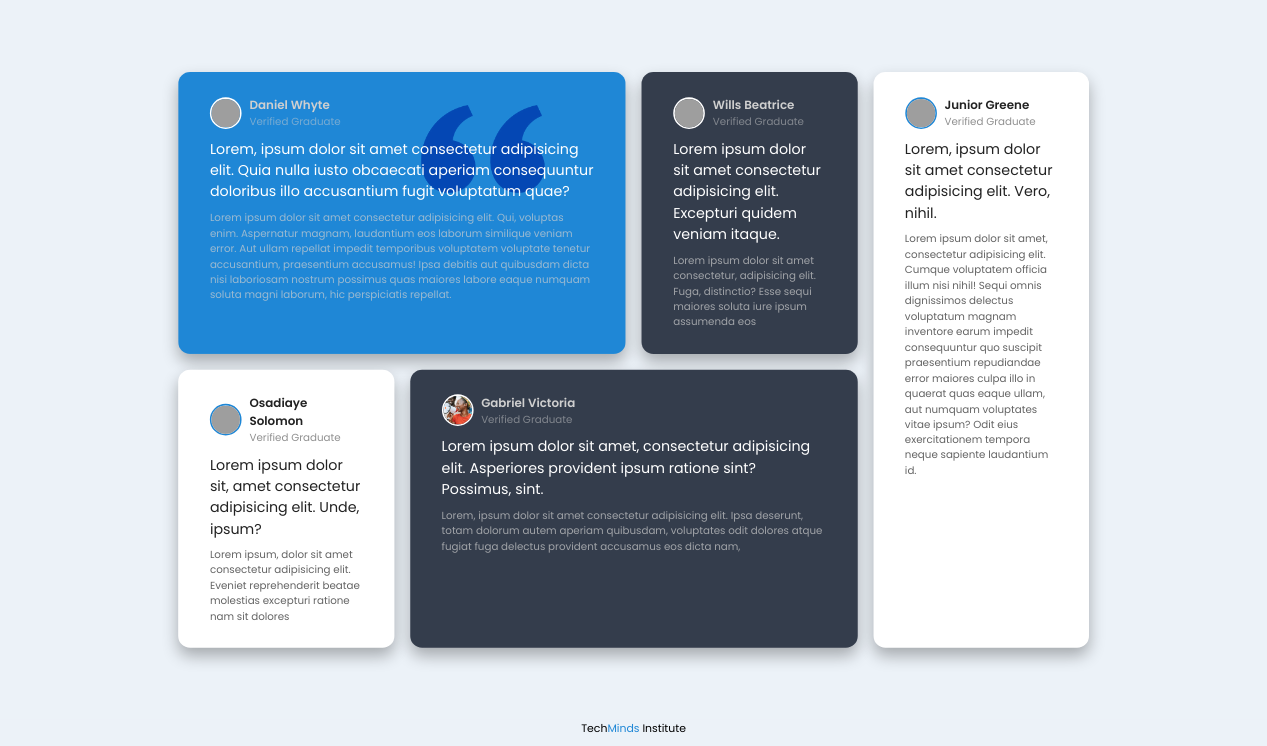
Repository: solox-cyber/testimonialgrid
Page: testimonial.html
The author's editor kept a copy of each file at every save. The page is drawn from the files as they stood at one save, then again after the next save.
The browser window is 1280 px wide. The pictures show the whole page, at 99% of full size.
Pictures or frames that could not be fetched are drawn as grey boxes. Some web fonts or font styles are not loaded; a fallback is used.

Above is the page before, as saved 2023-02-08 15:09:39.

### testimonial.html
<!DOCTYPE html>
<html lang="en">
  <head>
    <meta charset="UTF-8" />
    <meta http-equiv="X-UA-Compatible" content="IE=edge" />
    <meta name="viewport" content="width=device-width, initial-scale=1.0" />
    <link rel="stylesheet" href="testimonial.css" />
    <script defer src="testimonial.js"></script>
    <title>Testimonial Grid Section</title>
  </head>
  <body>
    <div class="container">
      <main>
        <article class="card card-1">
          <div class="card__head">
            <img src="/Images/man1.jpg" alt="" />
            <div class="card__user">
              <div class="name">Daniel Whyte</div>
              <p class="title">Verified Graduate</p>
            </div>
          </div>

          <div class="card__heading">
            Lorem, ipsum dolor sit amet consectetur adipisicing elit. Quia nulla
            iusto obcaecati aperiam consequuntur doloribus illo accusantium fugit
            voluptatum quae?
          </div>

          <p class="card__detail">
            Lorem ipsum dolor sit amet consectetur adipisicing elit. Qui, voluptas
            enim. Aspernatur magnam, laudantium eos laborum similique veniam
            error. Aut ullam repellat impedit temporibus voluptatem voluptate
            tenetur accusantium, praesentium accusamus! Ipsa debitis aut quibusdam
            dicta nisi laboriosam nostrum possimus quas maiores labore eaque
            numquam soluta magni laborum, hic perspiciatis repellat.
          </p>
        </article>

        <article class="card card-2">
          <div class="card__head">
            <img src="/Images/lady1.png" alt="" />
            <div class="card__user">
              <div class="name">Wills Beatrice</div>
              <p class="title">Verified Graduate</p>
            </div>
          </div>

          <div class="card__heading">
            Lorem ipsum dolor sit amet consectetur adipisicing elit. Excepturi
            quidem veniam itaque.
          </div>

          <p class="card__detail">
            Lorem ipsum dolor sit amet consectetur, adipisicing elit. Fuga,
            distinctio? Esse sequi maiores soluta iure ipsum assumenda eos
          </p>
        </article>

        <article class="card card-3">
          <div class="card__head">
            <img src="/Images/man2.jpg" alt="" />
            <div class="card__user">
              <div class="name">Osadiaye Solomon</div>
              <p class="title">Verified Graduate</p>
            </div>
          </div>

          <div class="card__heading">
            Lorem ipsum dolor sit, amet consectetur adipisicing elit. Unde, ipsum?
          </div>

          <p class="card__detail">
            Lorem ipsum, dolor sit amet consectetur adipisicing elit. Eveniet
            reprehenderit beatae molestias excepturi ratione nam sit dolores
          </p>
        </article>

        <article class="card card-4">
          <div class="card__head">
            <img src="/Images/lady2.jpg" alt="" />
            <div class="card__user">
              <div class="name">Gabriel Victoria</div>
              <p class="title">Verified Graduate</p>
            </div>
          </div>

          <div class="card__heading">
            Lorem ipsum dolor sit amet, consectetur adipisicing elit. Asperiores
            provident ipsum ratione sint? Possimus, sint.
          </div>

          <p class="card__detail">
            Lorem, ipsum dolor sit amet consectetur adipisicing elit. Ipsa
            deserunt, totam dolorum autem aperiam quibusdam, voluptates odit
            dolores atque fugiat fuga delectus provident accusamus eos dicta nam,
          </p>
        </article>

        <article class="card card-5">
          <div class="card__head">
            <img src="/Images/man3.png" alt="" />
            <div class="card__user">
              <div class="name">Junior Greene</div>
              <p class="title">Verified Graduate</p>
            </div>
          </div>

          <div class="card__heading">
            Lorem, ipsum dolor sit amet consectetur adipisicing elit. Vero, nihil.
          </div>

          <p class="card__detail">
            Lorem ipsum dolor sit amet, consectetur adipisicing elit. Cumque
            voluptatem officia illum nisi nihil! Sequi omnis dignissimos delectus
            voluptatum magnam inventore earum impedit consequuntur quo suscipit
            praesentium repudiandae error maiores culpa illo in quaerat quas eaque
            ullam, aut numquam voluptates vitae ipsum? Odit eius exercitationem
            tempora neque sapiente laudantium id.
          </p>
        </article>
      </main>
    </div>


  </body>
  <footer>
    <p>tech<span>Minds</span> institute</p>
  </footer>
</html>

### testimonial.css
@import url("https://fonts.googleapis.com/css2?family=Caveat:wght@400;700&family=Fira+Sans:wght@100;200;300;400;500;600;700&family=Krub:wght@300;400;500;600&family=Pacifico&family=Poppins:ital,wght@0,100;0,300;0,400;0,500;0,600;0,700;0,800;0,900;1,100;1,200;1,300;1,600;1,700&family=Roboto+Slab:wght@200;300;400;500;600;700;800;900&family=Source+Sans+Pro:wght@200;300;400;600;700;900&family=Zilla+Slab:wght@300;400;500;600;700&display=swap");

* {
  padding: 0;
  margin: 0;
  box-sizing: border-box;
  font-family: "Poppins", sans-serif;
}

body {
  background-color: hsl(210, 46%, 95%);
}

.container {
  font-size: 13px;
  display: flex;
  justify-content: center;
  align-items: center;
  min-height: 100vh;
  background-color: hsl(210, 46%, 95%);
}

main {
  display: grid;
  max-width: 1150px;
  grid-template-columns: repeat(4, 1fr);
  grid-template-rows: repeat(2, min-content);
  gap: 20px;

  opacity: 0;
  transition: all 1s;
  filter: blur(5px);
  transform: scale(2px);

  transform: scale(0.8);
}

.card {
  display: flex;
  flex-direction: column;
  background-color: hsl(217, 19%, 25%);
  box-shadow: 0 10px 20px rgba(0, 0, 0, 0.3);
  border-radius: 15px;
  padding: 30px 40px;
}

.show {
  opacity: 1;
  filter: blur(0);
  transform: scale(1px);
}

.card__head {
  display: flex;
  align-items: center;
  color: hsl(0, 0%, 81%);
  margin-bottom: 10px;
}

.card__head img {
  width: 40px;
  height: 40px;
  object-fit: cover;
  border-radius: 50%;
  margin-right: 10px;
  border: 2px solid #ffff;
}

.name {
  font-weight: 600;
  font-size: 15px;
}

.title {
  opacity: 0.5;
}

.card__heading {
  color: #ffff;
  font-size: 18px;
  margin-bottom: 10px;
}

.card__detail {
  color: rgb(207, 207, 207);
  line-height: 1.5;
  opacity: 0.7;
}

.card-1 {
  grid-column: 1/3;
  background-color: rgb(31, 135, 214);
  background-image: url(/Images/Quotation-Symbol.png);
  background-repeat: no-repeat;
  background-position: 90% 0;
  background-size: 55%;
  background-blend-mode: soft-light;
}

.card-2 {
  grid-column: 3/4;
}

.card-3 {
  grid-row: 2/3;
  grid-column: 1/2;
  background-color: #ffff;
}

.card-4 {
  grid-row: 2/3;
  grid-column: 2/4;
}

.card-5 {
  grid-row: -1/1;
  grid-column: 4/5;
  background-color: #ffff;
}

.card-3 .card__heading,
.card-3 .card__head,
.card-3 .card__detail,
.card-5 .card__heading,
.card-5 .card__head,
.card-5 .card__detail {
  color: #222;
}

.card-3 img,
.card-5 img {
  border: rgb(31, 135, 214) solid 2px;
}

footer {
  text-align: center;
  margin-bottom: 10px;
}

footer p {
  font-size: 11px;
  text-transform: capitalize;
}

span {
  color: rgb(31, 135, 214);
}

@media (max-width: 1024px) {
  body {
    padding: 20px;
  }

  main {
    grid-template-columns: repeat(3, 1fr);
    grid-template-rows: repeat(3, min-content);
    width: 95%;
    grid-gap: 15px;
  }

  .card-1 {
    grid-column: 1/3;
  }

  .card-2 {
    grid-column: 3/4;
  }

  .card-5 {
    grid-column: 1/4;
    grid-row: 3/4;
  }
}

@media (max-width: 768px) {
  main {
    margin-top: 20px;
    grid-template-columns: repeat(auto-fill, minmax(50%, 1fr));
    grid-template-rows: minmax(auto, auto);
  }

  .card {
    grid-column: unset !important;
    grid-row: unset !important;
  }
}

### testimonial.js
const observer = new IntersectionObserver((entries) => {
    entries.forEach((entry) => {
      console.log(entry)
      if (entry.isIntersecting) {
        entry.target.classList.add('show');
      }
    });
});


const hiddenElements = document.querySelectorAll('main');
hiddenElements.forEach((el) => observer.observe(el));

After the next save:
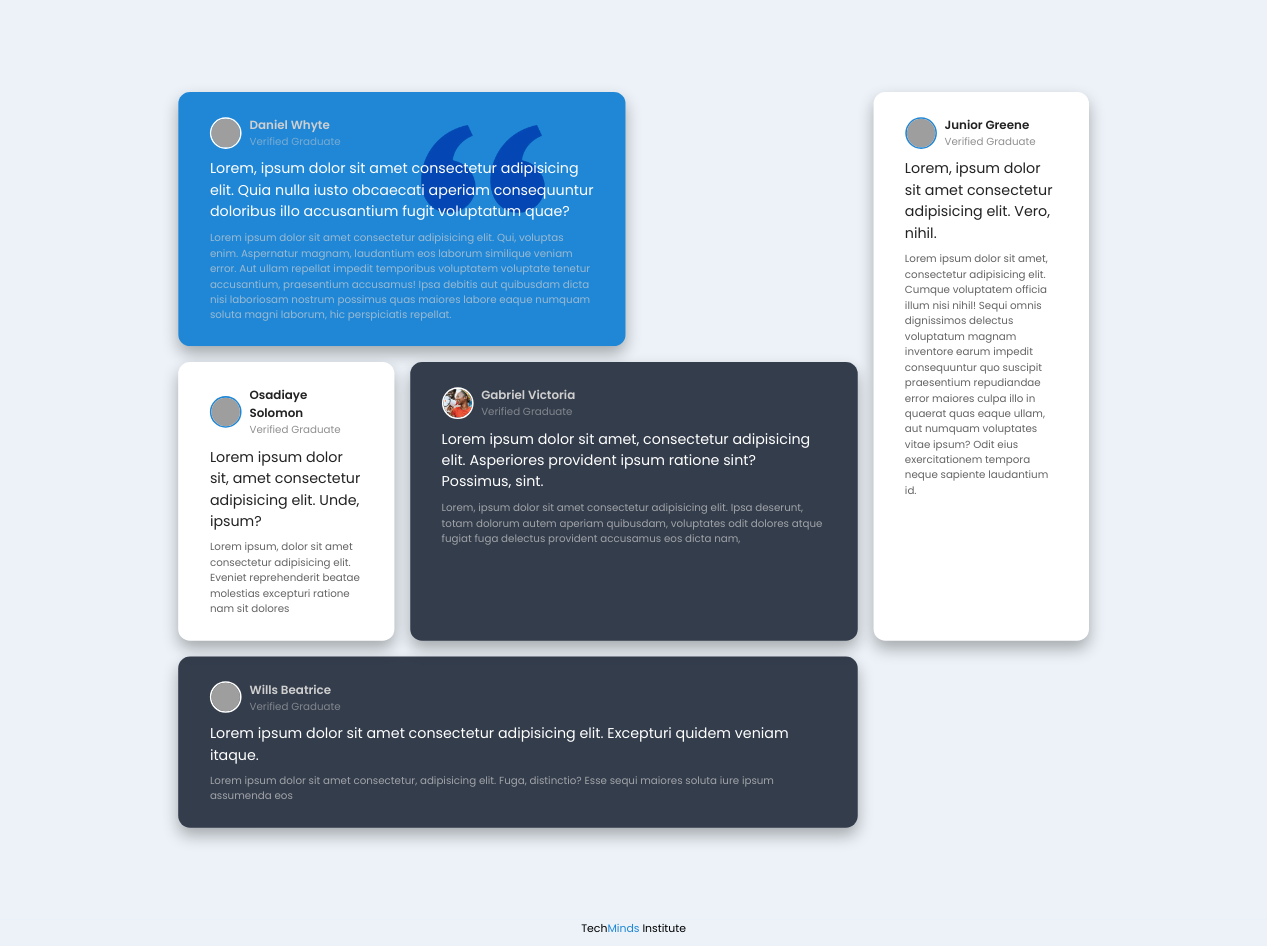
Saved 33 days later.
--- a/testimonial.css
+++ b/testimonial.css
@@ -98,7 +98,7 @@
 }
 
 .card-2 {
-  grid-column: 3/4;
+  grid-column: 1/4;
 }
 
 .card-3 {

After the 2 saves that followed:
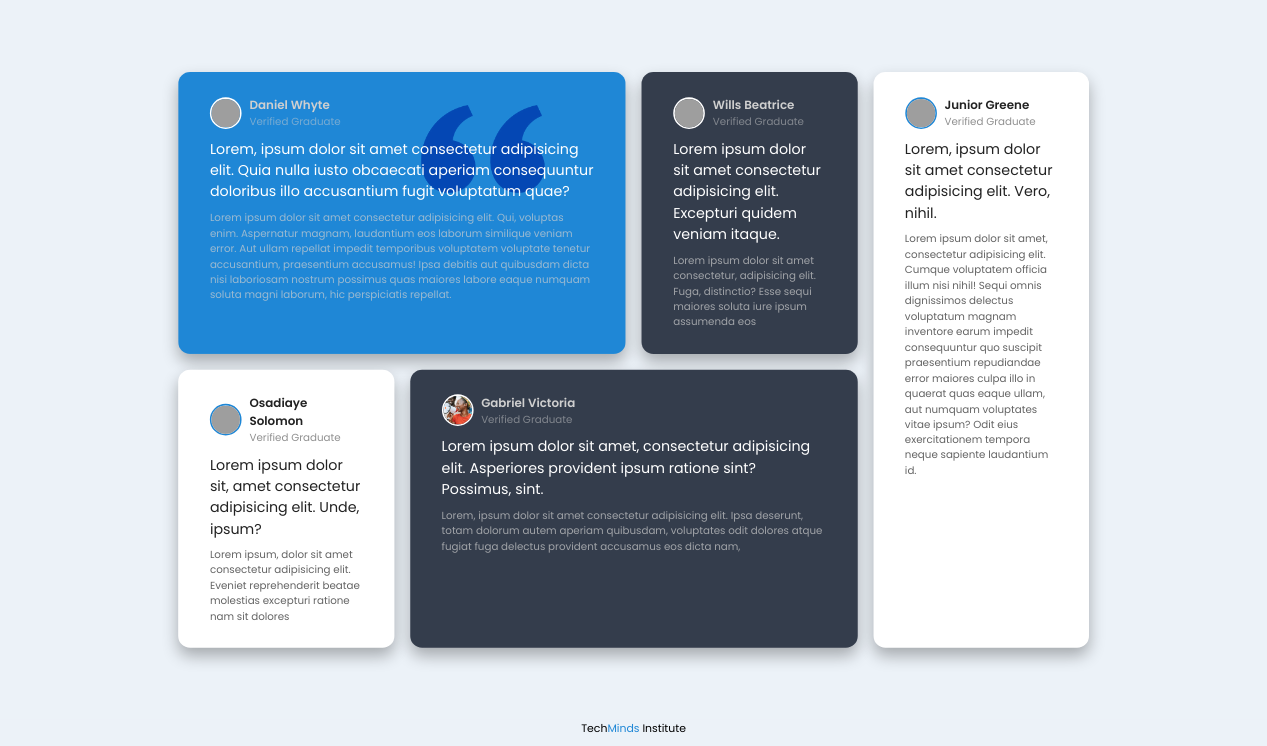
The 2 saves are shown as one change because they came seconds apart.
The last was saved 15 s later.
--- a/testimonial.css
+++ b/testimonial.css
@@ -98,7 +98,7 @@
 }
 
 .card-2 {
-  grid-column: 1/4;
+  grid-column: 3/4;
 }
 
 .card-3 {
